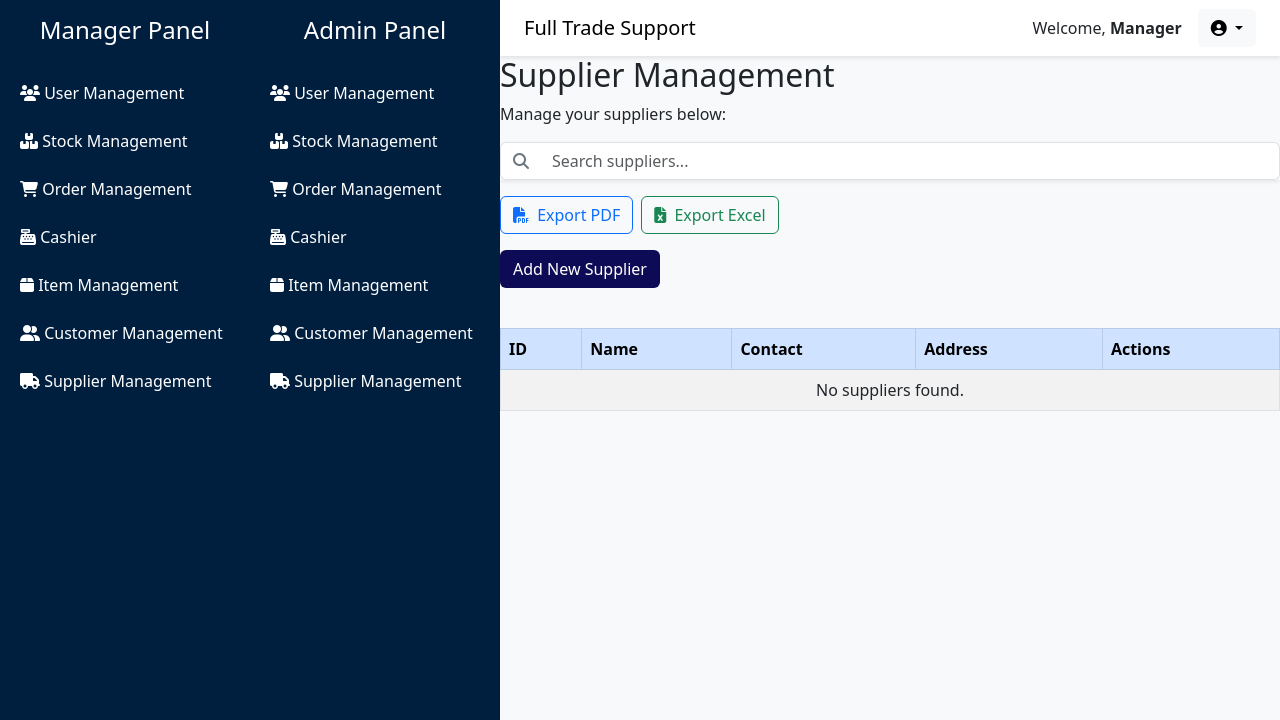
Repository: LakviduUpasara/onlineSparePartsManagementSystem
Page: http://localhost/Spare_parts_Management_Systems/supplier-list
These files come from the project's save history. The page is drawn as it stood at one moment and after the next save; the edit follows.
The browser window is 1280 px wide. The pictures show the whole page.
The page is served by Tomcat 9. Other server files are loaded and not shown. Queries for data that is not in the repository find no rows.

Above is the page before, as saved 2025-05-13 20:00:05.

### Project/Project/Spare_parts_Management_Systems/src/main/webapp/Maneger/maneger_dashbord.jsp
<%@ page language="java" contentType="text/html; charset=UTF-8" pageEncoding="UTF-8"%>
<%@ page import="java.util.*, com.spareparts.model.Supplier" %>


<!DOCTYPE html>
<html lang="en">
<head>
  <meta charset="UTF-8">
  <title>Admin Dashboard - Full Trade Support</title>
  <link href="https://cdn.jsdelivr.net/npm/bootstrap@5.3.0/dist/css/bootstrap.min.css" rel="stylesheet">
  <link rel="stylesheet" href="https://cdnjs.cloudflare.com/ajax/libs/font-awesome/6.4.0/css/all.min.css">
	<Style>
	    body {
      display: flex;
      min-height: 100vh;
      overflow-x: hidden;
    }
    .sidebar {
      width: 250px;
      background-color: #001f3f;
      color: #fff;
      flex-shrink: 0;
      padding-top: 1rem;
    }
    .sidebar a {
      display: block;
      padding: 12px 20px;
      color: #fff;
      text-decoration: none;
      transition: background 0.3s;
    }
    .sidebar a:hover {
      background-color: #003366;
    }
    .sidebar h5 {
      text-align: center;
      margin-bottom: 1rem;
      font-weight: bold;
    }
    .main-content {
      flex-grow: 1;
      background: #f8f9fa;
    }
    .navbar {
      background-color: #ffffff;
      box-shadow: 0 2px 4px rgba(0,0,0,0.1);
    }

	</style>
</head>

<body>
  <!-- Sidebar -->
  <div class="sidebar">
    <h4 class="text-center mb-4">Manager  Panel</h4>
    <a href="#"><i class="fas fa-users"></i> User Management</a>
    <a href="#"><i class="fas fa-boxes"></i> Stock Management</a>
    <a href="#"><i class="fas fa-shopping-cart"></i> Order Management</a>
    <a href="#"><i class="fas fa-cash-register"></i> Cashier</a>
    <a href="#"><i class="fas fa-box"></i> Item Management</a>
    <a href="#"><i class="fas fa-user-friends"></i> Customer Management</a>
    <a href="#"><i class="fas fa-truck"></i> Supplier Management</a>
  </div>
<div class="sidebar">
    <h4 class="text-center mb-4">Admin  Panel</h4>
    <a href=" GetAllServlet"><i class="fas fa-users"></i> User Management</a>
    <a href="#"><i class="fas fa-boxes"></i> Stock Management</a>
    <a href="#"><i class="fas fa-shopping-cart"></i> Order Management</a>
    <a href="#"><i class="fas fa-cash-register"></i> Cashier</a>
    <a href="#"><i class="fas fa-box"></i> Item Management</a>
    <a href="#"><i class="fas fa-user-friends"></i> Customer Management</a>
    <a href="supplier-list"><i class="fas fa-truck"></i> Supplier Management</a>
  </div>

  <!-- Main Content -->
  <div class="main-content">
    <nav class="navbar navbar-expand-lg navbar-light px-4">
      <a class="navbar-brand" href="#">Full Trade Support</a>
      <div class="ms-auto d-flex align-items-center">
        <span class="me-3">Welcome, <strong>Manager</strong></span>
        <div class="dropdown">
          <a class="btn btn-light dropdown-toggle" href="#" id="userDropdown" data-bs-toggle="dropdown">
            <i class="fas fa-user-circle"></i>
          </a>
          <ul class="dropdown-menu dropdown-menu-end" aria-labelledby="userDropdown">
            <li><a class="dropdown-item" href="profile.jsp">Profile</a></li>
            <li><a class="dropdown-item" href="#">Settings</a></li>
            <li><hr class="dropdown-divider"></li>
            <li><a class="dropdown-item text-danger" href="#">Logout</a></li>
          </ul>
        </div>
      </div>
    </nav>

<!-- Supplier Management Section -->
<div class="dashboard-content">
  <h2>Supplier Management</h2>
  <p>Manage your suppliers below:</p>

  <!-- Search Bar -->
  <div class="mb-3 w-100">
    <div class="input-group shadow-sm">
      <span class="input-group-text bg-white border-end-0">
        <i class="fas fa-search text-secondary"></i>
      </span>
      <input type="text" id="searchInput" class="form-control border-start-0" placeholder="Search suppliers...">
    </div>
  </div>

  <!-- Export Buttons -->
  <div class="mb-3 d-flex gap-2">
    <button onclick="exportTableToPDF()" class="btn btn-outline-primary">
      <i class="fas fa-file-pdf me-1"></i> Export PDF
    </button>
    <button onclick="exportTableToExcel()" class="btn btn-outline-success">
      <i class="fas fa-file-excel me-1"></i> Export Excel
    </button>
  </div>

  <!-- Add Button -->
  <button class="btn" style="background-color: #0d0b56; color: white; margin-bottom: 1rem;">
    Add New Supplier
  </button>

  <!-- Supplier Table -->
  <div class="table-container mt-4">
    <table class="table table-bordered table-striped" id="supplier-table">
      <thead class="table-primary">
        <tr>
          <th>ID</th>
          <th>Name</th>
          <th>Contact</th>
          <th>Address</th>
          <th>Actions</th>
        </tr>
      </thead>
      <tbody>
        <%
          List<Supplier> supplierList = (List<Supplier>) request.getAttribute("supplierList");
          if (supplierList != null && !supplierList.isEmpty()) {
            for (Supplier s : supplierList) {
        %>
        <tr>
          <td><%= s.getSupplierID() %></td>
          <td><%= s.getSupplierName() %></td>
          <td><%= s.getContactNumber() %></td>
          <td><%= s.getAddress() %></td>
          <td>
            <div class="d-flex gap-2">
              <a href="supplier-update?id=<%= s.getSupplierID() %>" class="btn btn-sm btn-primary">Update</a>
              <a href="supplier-delete?id=<%= s.getSupplierID() %>" class="btn btn-sm btn-danger" onclick="return confirm('Are you sure?')">Delete</a>
            </div>
          </td>
        </tr>
        <% } } else { %>
        <tr>
          <td colspan="5" class="text-center">No suppliers found.</td>
        </tr>
        <% } %>
      </tbody>
    </table>
  </div>
</div>

<!-- Add Supplier Modal -->
<div class="modal fade" id="addSupplierModal" tabindex="-1" aria-labelledby="addSupplierModalLabel" aria-hidden="true">
  <div class="modal-dialog">
    <form action="${pageContext.request.contextPath}/supplier-add" method="post" class="modal-content">
      <div class="modal-header">
        <h5 class="modal-title">Add New Supplier</h5>
        <button type="button" class="btn-close" data-bs-dismiss="modal"></button>
      </div>
      <div class="modal-body">
        <div class="mb-3">
          <label for="supplierName" class="form-label">Supplier Name</label>
          <input type="text" class="form-control" id="supplierName" name="supplierName" required>
        </div>
        <div class="mb-3">
          <label for="contactNumber" class="form-label">Contact Number</label>
          <input type="text" class="form-control" id="contactNumber" name="contactNumber" required>
        </div>
        <div class="mb-3">
          <label for="address" class="form-label">Address</label>
          <textarea class="form-control" id="address" name="address" required></textarea>
        </div>
      </div>
      <div class="modal-footer">
        <button type="submit" class="btn btn-primary">Add Supplier</button>
        <button type="button" class="btn btn-secondary" data-bs-dismiss="modal">Cancel</button>
      </div>
    </form>
  </div>
</div>

<!-- JS Scripts -->
<script src="https://cdn.jsdelivr.net/npm/bootstrap@5.3.2/dist/js/bootstrap.bundle.min.js"></script>
<script>
  function filterTable() {
    const input = document.getElementById("searchInput");
    const filter = input.value.toUpperCase();
    const table = document.querySelector("#supplier-table");
    const rows = table.getElementsByTagName("tr");

    for (let i = 1; i < rows.length; i++) {
      let rowVisible = false;
      const cells = rows[i].getElementsByTagName("td");

      for (let j = 0; j < cells.length - 1; j++) {
        if (cells[j]) {
          const text = cells[j].textContent || cells[j].innerText;
          if (text.toUpperCase().indexOf(filter) > -1) {
            rowVisible = true;
            break;
          }
        }
      }
      rows[i].style.display = rowVisible ? "" : "none";
    }
  }

  document.getElementById("searchInput").addEventListener("input", filterTable);

  async function exportTableToPDF() {
    const { jsPDF } = window.jspdf;
    const doc = new jsPDF();

    const table = document.getElementById('supplier-table');

    const headers = [];
    const data = [];

    const headerCells = table.querySelectorAll('thead tr th');
    headerCells.forEach((th, index) => {
      if (index < headerCells.length - 1) {
        headers.push(th.innerText.trim());
      }
    });

    const rows = table.querySelectorAll('tbody tr');
    rows.forEach(row => {
      const rowData = [];
      const cells = row.querySelectorAll('td');
      cells.forEach((td, index) => {
        if (index < cells.length - 1) {
          rowData.push(td.innerText.trim());
        }
      });
      if (rowData.length > 0) {
        data.push(rowData);
      }
    });

    doc.autoTable({
      head: [headers],
      body: data,
      theme: 'grid',
      headStyles: { fillColor: [13, 11, 86] },
      styles: { fontSize: 9 }
    });

    doc.save('supplier_data.pdf');
  }

  function exportTableToExcel() {
    var table = document.getElementById('supplier-table');
    var wb = XLSX.utils.table_to_book(table, { sheet: "Suppliers" });
    XLSX.writeFile(wb, 'supplier_data.xlsx');
  }
</script>
<script src="https://cdnjs.cloudflare.com/ajax/libs/xlsx/0.18.5/xlsx.full.min.js"></script>
<script src="https://cdnjs.cloudflare.com/ajax/libs/jspdf/2.5.1/jspdf.umd.min.js"></script>
<script src="https://cdnjs.cloudflare.com/ajax/libs/jspdf-autotable/3.5.23/jspdf.plugin.autotable.min.js"></script>

</body>
</html>

### Project/Project/Spare_parts_Management_Systems/src/main/java/com/spareparts/servlet/SupplierListServlet.java
package com.spareparts.servlet;

import com.spareparts.controller.SupplierController;
import com.spareparts.model.Supplier;

import javax.servlet.RequestDispatcher;
import javax.servlet.ServletException;
import javax.servlet.annotation.WebServlet;
import javax.servlet.http.*;
import java.io.IOException;
import java.util.List;

@WebServlet("/supplier-list")
public class SupplierListServlet extends HttpServlet {

    protected void doGet(HttpServletRequest request, HttpServletResponse response)
            throws ServletException, IOException {


        List<Supplier> supplierList = SupplierController.getAllSuppliers();

        // Set it in request scope
        request.setAttribute("supplierList", supplierList);

        // Forward to JSP (manager.jsp or supplier-list.jsp)
        RequestDispatcher dispatcher = request.getRequestDispatcher("Maneger/maneger_dashbord.jsp"); // Or supplier-list.jsp
        dispatcher.forward(request, response);
    }
}

### Project/Project/Spare_parts_Management_Systems/src/main/java/com/spareparts/util/DBConnection.java
package com.spareparts.util;

import java.sql.Connection;
import java.sql.DriverManager;

public class DBConnection {
	private static String url = "jdbc:mysql://localhost:3306/Spareparts";
	private static String user = "root";
	private static String pass = "Lakvidu@2001";
	private static Connection con;

	public static Connection getConnection() {
		try {
			Class.forName("com.mysql.jdbc.Driver");
			con = DriverManager.getConnection(url, user, pass);
		}
		catch(Exception e) {
			System.out.println("Database not connect !");
		}
		return con;
	}



}

After the next save:
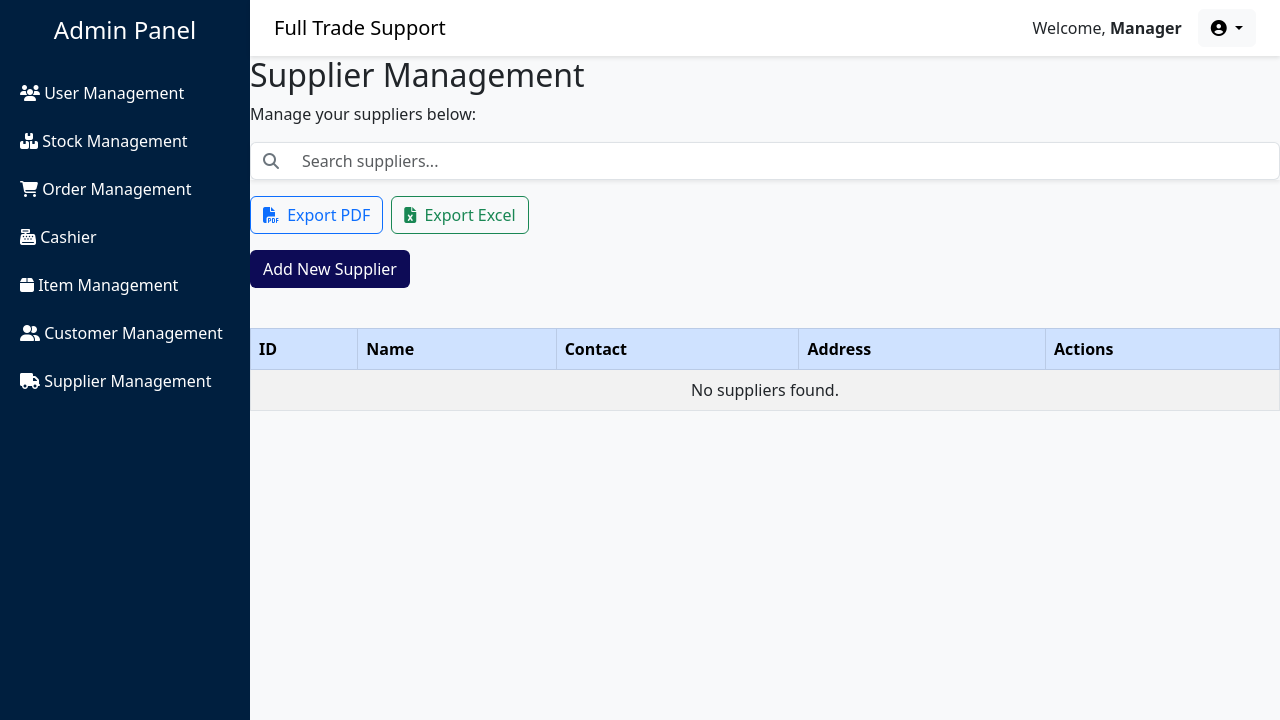
Saved 34 s later.
--- a/Project/Project/Spare_parts_Management_Systems/src/main/webapp/Maneger/maneger_dashbord.jsp
+++ b/Project/Project/Spare_parts_Management_Systems/src/main/webapp/Maneger/maneger_dashbord.jsp
@@ -50,17 +50,7 @@
 </head>
 
 <body>
-  <!-- Sidebar -->
-  <div class="sidebar">
-    <h4 class="text-center mb-4">Manager  Panel</h4>
-    <a href="#"><i class="fas fa-users"></i> User Management</a>
-    <a href="#"><i class="fas fa-boxes"></i> Stock Management</a>
-    <a href="#"><i class="fas fa-shopping-cart"></i> Order Management</a>
-    <a href="#"><i class="fas fa-cash-register"></i> Cashier</a>
-    <a href="#"><i class="fas fa-box"></i> Item Management</a>
-    <a href="#"><i class="fas fa-user-friends"></i> Customer Management</a>
-    <a href="#"><i class="fas fa-truck"></i> Supplier Management</a>
-  </div>
+
 <div class="sidebar">
     <h4 class="text-center mb-4">Admin  Panel</h4>
     <a href=" GetAllServlet"><i class="fas fa-users"></i> User Management</a>
